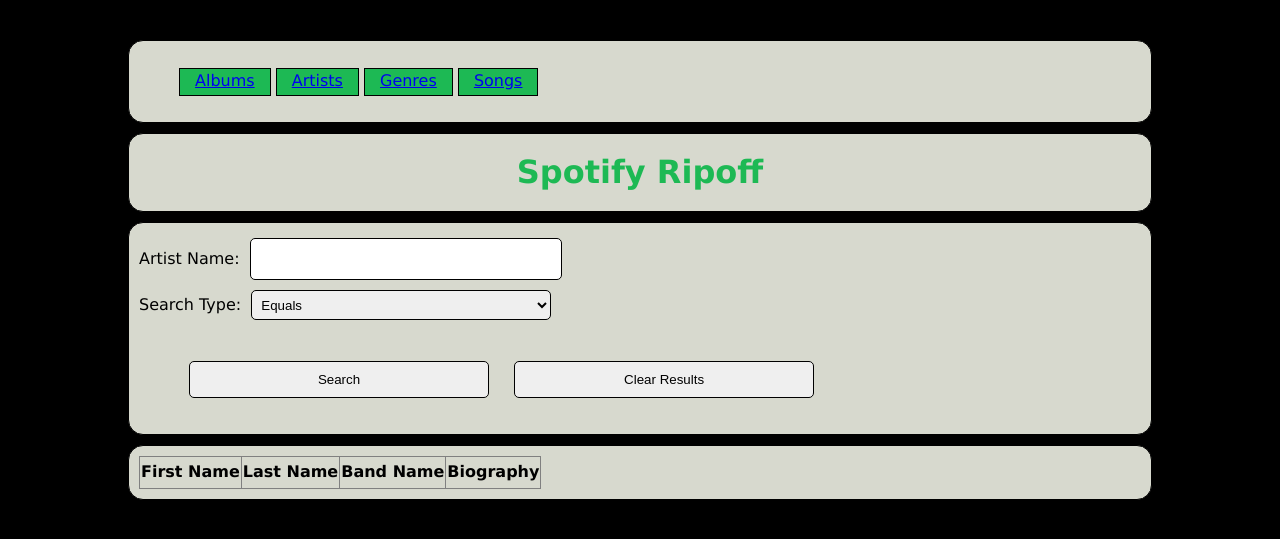
Repository: RRGTHWAR/bkg16_INFSCI1017
Page: bkg16_Music_FinalProject/WebContent/artist.html
These files come from the project's save history. The page is drawn as it stood at one moment and after the next save; the edit follows.
The browser window is 1280 px wide. The pictures show the whole page.

Above is the page before, as saved 2019-04-12 14:13:22.

### bkg16_Music_FinalProject/WebContent/artist.html
<!DOCTYPE html>
<html>
<head>
<meta charset="UTF-8">
<title>Artists</title>
<link href="css/style.css" rel="stylesheet" type="text/css" />
<script src="js/jquery-3.3.1.min.js"></script>
</head>
<body>
	<div id="navBar">
		<ul>
			<li><a href="album.html" title="Albums">Albums</a></li>
			<li><a href="artist.html" title="Artists">Artists</a></li>
			<li><a href="genre.html" title="Genres">Genres</a></li>
			<li><a href="song.html" title="Songs">Songs</a></li>
		</ul>
	</div>
	<h1 id="mainHeader" >Spotify Ripoff</h1>
	<div id="artistSearch" class="searchBox" >
		<div>
			Artist Name: <input type="text" id="artistName" name="artistName" value="" class="textField" />
		</div>
		<div>
			Search Type:
			<select name="searchType" id="searchType" class="textField">
				<option value="equals">Equals</option>
				<option value="begins">Begins</option>
				<option value="ends">Ends</option>
				<option value="contains">Contains</option>
				<option value="">All</option>
			</select>
		</div>
		<div id="btns" >
			<ul>
				<li><input type="button" id="btnSearch" name="btnSubmit" class="actButton" value="Search" /></li>
				<li><input type="button" id="btnClear" name ="btnClear" class="actButton" value="Clear Results" /></li>
			</ul>
		</div>
	</div>

	<div id="searchResults">
		<table border="1" id="tblSearchResults">
			<tr>
				<th>First Name</th>
				<th>Last Name</th>
				<th>Band Name</th>
				<th>Biography</th>
			</tr>
		</table>
	</div>

	</body>
	<script>
		$(document).ready(function (){
			$("#btnClear").click(function (){
				clearResultsTable();
			});
			$("#btnSearch").click(function (){
				clearResultsTable();
				var artistName = $("#artistName").val();
				var searchType = $("#searchType").val();
				// console.log("Song: " + artistName);
				// console.log("SearchType: " + searchType);
				var url = "ArtistListWS?artistName=" + artistName + "&searchType=" + searchType;
				// console.log(url);
				$.get(url, function(resp){
					parseArtistData(resp);
				})
			});
		});

		function parseArtistData(data){
			//$("#searchResults").text(JSON.stringify(data));
			var result = "";

			for(var i=0; i < data.length; i++) {
				var tr = $("<tr></tr>"); //Created empty html table row

				//First data cell
				var td = $("<td></td>"); //Created empty html table data
				td.html(data[i].first_name);
				tr.append(td);

				//Second data cell
				td = $("<td></td>"); //Note that we don't need to redeclare this
				td.html(data[i].last_name);
				tr.append(td);

				//Third data cell
				td = $("<td></td>"); //Note that we don't need to redeclare this
				td.html(data[i].band_name);
				tr.append(td);

				//Fourth data cell
				td = $("<td></td>"); //Note that we don't need to redeclare this
				td.html(data[i].bio);
				tr.append(td);

				//Append row to table
				$("#tblSearchResults").append(tr);
				//result += 'Title: ' + data[i].title + '<br />';
			}

			//$("#searchResults").html(result);
		}

		//Source: https://stackoverflow.com/questions/2620181/clear-table-jquery
		function clearResultsTable() {
			$("#tblSearchResults td").parent().remove();
		}

		//Source: https://memorynotfound.com/detect-enter-keypress-javascript-jquery/
		$(document).keypress(function(e) {
			var keycode = (e.keyCode ? e.keyCode : e.which);
			if (keycode == '13') {
				$("#btnSearch").click();
			}
		});

	</script>
</html>

### bkg16_Music_FinalProject/WebContent/css/style.css
@charset "UTF-8";

html, body {
	background-color: black;
}

body {
	font-family: Verdana, Geneva, sans-serif;
	font-size: 100%;
	width: 80%;
	margin-right: auto;
	margin-left: auto;
	padding: 2.5% 2.5% 0;
	line-height: 1.8;
}

h1, h2, h3, h4, h5, h6, p {
	margin: 0;
	padding: 0;
}

h1, h2, h3, h4, h5, h6 {
	color: #1DB954;
}

p {
	margin-bottom: 1em;
}

#navBar {
	background-color: #D7D9CE;
	border: 1px solid #000;
	padding: 10px;
	border-radius: 15px;
}

#navBar ul li {
	background-color: #1DB954;
	margin-left: 0;
	margin-bottom: 10px;
	padding: 2px 15px 5px;
	border: 1px solid #000;
	list-style: none;
	display: inline;
}

#mainHeader {
	background-color: #D7D9CE;
	border: 1px solid #000;
	padding: 10px;
	margin-top: 10px;
	border-radius: 15px;
	text-align: center;
}

.searchBox {
	background-color: #D7D9CE;
	border: 1px solid #000;
	padding: 10px;
	margin-top: 10px;
	border-radius: 15px;
	margin-bottom: 10px;
}

.textField {
	border: 1px solid #000;
	border-radius: 5px;
	padding: 5px;
	margin: 5px;
	width: 300px;
	height: 30px;
}

#searchResults {
	background-color: #D7D9CE;
	border: 1px solid #000;
	padding: 10px;
	margin-top: 10px;
	border-radius: 15px;
	display: block;
	margin: 0 auto;
}

#btns ul li {
	padding: 10px;
	margin-top: 10px;
	border-radius: 15px;
	text-align: center;
	list-style: none;
	display: inline-block;
}

input[type=button] {
	border: 1px solid #000;
	padding: 10px;
	border-radius: 5px;
	display: inline-block;
	margin: 0 auto;
	width: 300px;
}

#tblSearchResults {
	border-collapse: collapse;
}

#tblSearchResults tr th td {
	border: 1px solid #000;
	padding: 5px;
	border-collapse: collapse;
	display: inline-block;
	margin: 0 auto;
	text-align: center;
}

Loaded but not shown: bkg16_Music_FinalProject/WebContent/js/jquery-3.3.1.min.js (library)

After the next save:
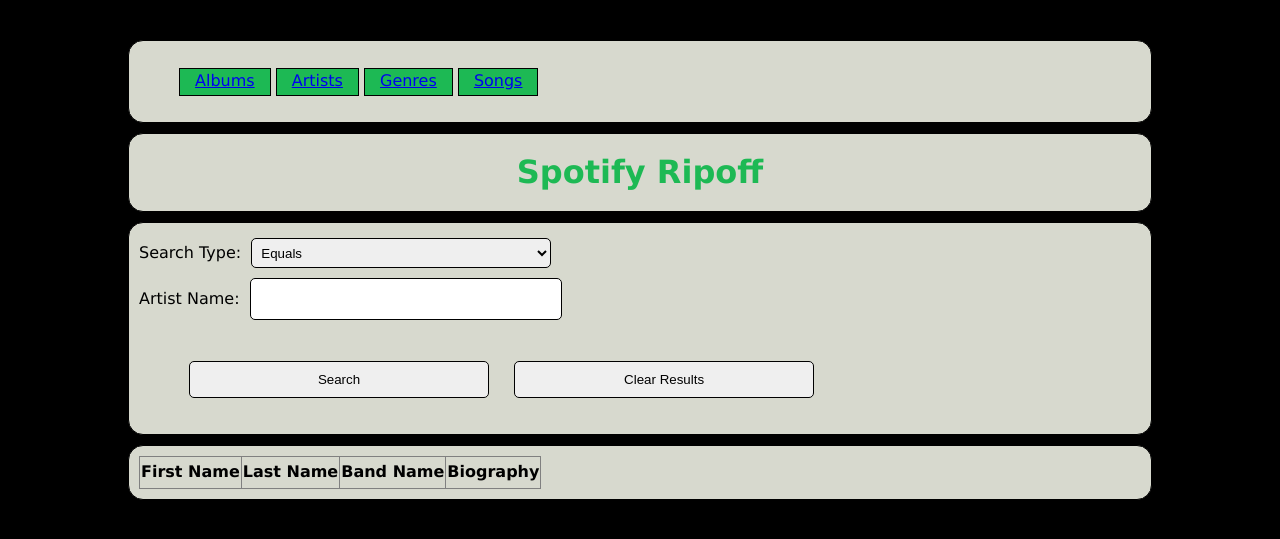
Saved 53 s later.
--- a/bkg16_Music_FinalProject/WebContent/artist.html
+++ b/bkg16_Music_FinalProject/WebContent/artist.html
@@ -18,9 +18,6 @@
 	<h1 id="mainHeader" >Spotify Ripoff</h1>
 	<div id="artistSearch" class="searchBox" >
 		<div>
-			Artist Name: <input type="text" id="artistName" name="artistName" value="" class="textField" />
-		</div>
-		<div>
 			Search Type:
 			<select name="searchType" id="searchType" class="textField">
 				<option value="equals">Equals</option>
@@ -29,6 +26,9 @@
 				<option value="contains">Contains</option>
 				<option value="">All</option>
 			</select>
+		</div>
+		<div>
+			Artist Name: <input type="text" id="artistName" name="artistName" value="" class="textField" />
 		</div>
 		<div id="btns" >
 			<ul>
